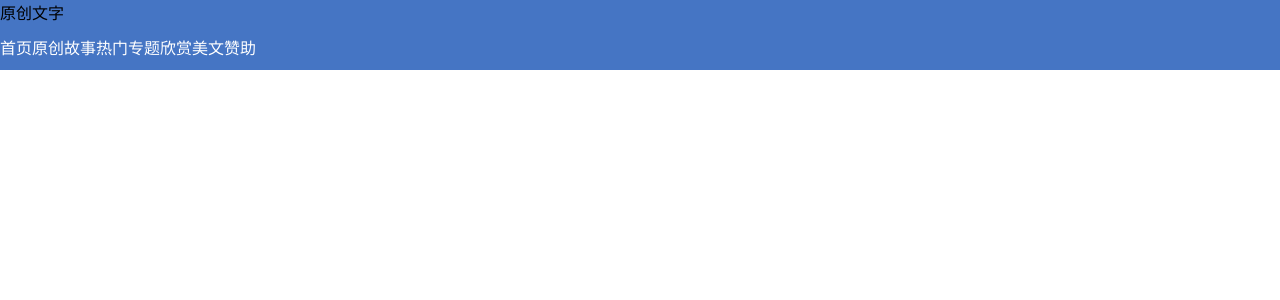
Repository: equation-zheng/Article
Page: http://localhost/Idles/
These files come from the project's save history. The page is drawn as it stood at one moment and after the next save; the edit follows.
The browser window is 1280 px wide. The pictures show the whole page.
The page is served by Tomcat 9. Other server files are loaded and not shown.

Above is the page before, as saved 2017-12-05 08:42:59.

### Service/apache-tomcat-7.0.82/Idles/WebContent/index.jsp
<?xml version="1.0" encoding="UTF-8" ?>
<%@ page language="java" contentType="text/html; charset=UTF-8"
    pageEncoding="UTF-8"%>
<!DOCTYPE html PUBLIC "-//W3C//DTD XHTML 1.0 Transitional//EN" "http://www.w3.org/TR/xhtml1/DTD/xhtml1-transitional.dtd">
<html xmlns="http://www.w3.org/1999/xhtml">
<head>
<meta http-equiv="Content-Type" content="text/html; charset=UTF-8" />
<title>首页</title>
</head>
<style>
	*{
		margin: 0;
		padding: 0;
	}
	.header{
		height: 70px;
		background: #4575C4;
	}
	.header ul li {
		list-style: none;
		float: left;
		color: #fff;
		line-height: 50px;
	}
	.header ul li:hover {
		background: #fff;
	}

</style>
<body>
	<div class="header">
	<div class='logo'>原创文字</div>
		<ul>
			<li>首页</li>
			<li>原创故事</li>
			<li>热门专题</li>
			<li>欣赏美文</li>
			<li>赞助</li>
		</ul>
	</div>
</body>
</html>

After the next save:
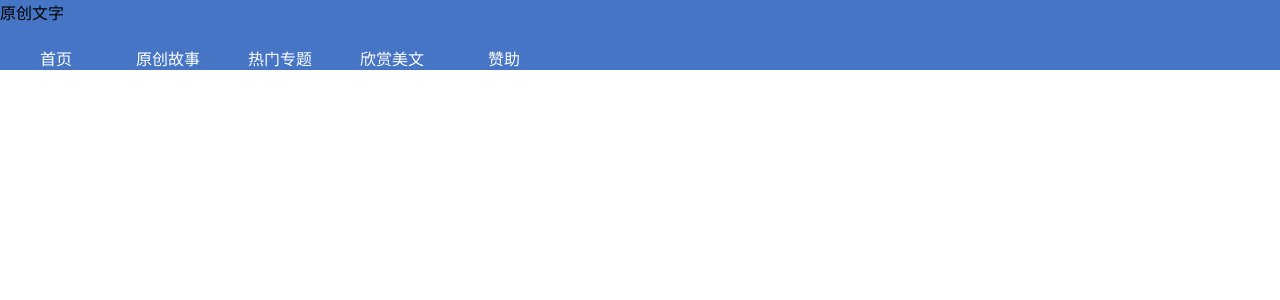
Saved 6 min 54 s later.
--- a/Service/apache-tomcat-7.0.82/Idles/WebContent/index.jsp
+++ b/Service/apache-tomcat-7.0.82/Idles/WebContent/index.jsp
@@ -17,10 +17,14 @@
 		background: #4575C4;
 	}
 	.header ul li {
-		list-style: none;
 		float: left;
 		color: #fff;
-		line-height: 50px;
+		display: inline-block;
+		width: 112px;
+		heihgt: 72px;
+		text-align: center;
+		line-height: 72px;
+
 	}
 	.header ul li:hover {
 		background: #fff;
@@ -31,7 +35,7 @@
 	<div class="header">
 	<div class='logo'>原创文字</div>
 		<ul>
-			<li>首页</li>
+			<li class='first'>首页</li>
 			<li>原创故事</li>
 			<li>热门专题</li>
 			<li>欣赏美文</li>
